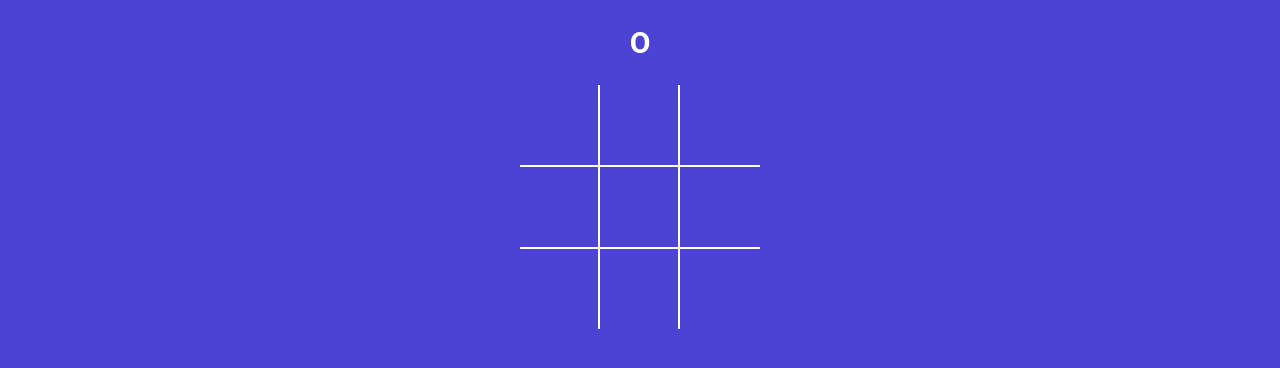
Repository: NoobAjay/tictactoe-game
Page: /
The author's editor kept a copy of each file at every save. The page is drawn from the files as they stood at one save, then again after the next save.
The browser window is 1280 px wide. The pictures show the whole page.
The project was rebuilt for these pictures with package versions that can differ from the ones it lists, and the page was loaded fresh each time. Also part of the build but not shown: vite.config.js.

Above is the page before, as saved 2023-03-22 11:45:04.

After the next save:
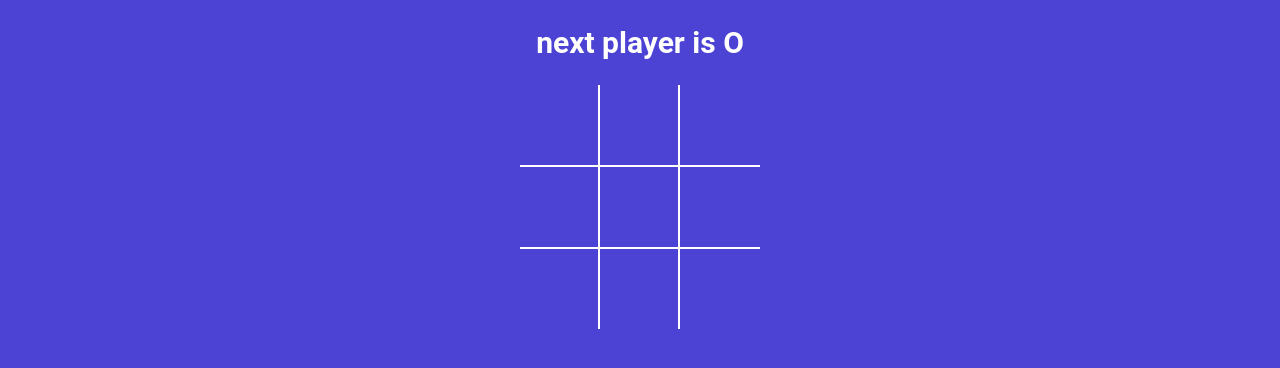
Saved 76 s later.
--- a/src/App.jsx
+++ b/src/App.jsx
@@ -9,7 +9,9 @@ function App() {
 
   const winner = calculateWinner(squares);
   const nextPlayer = isXNext ? 'X' : 'O';
-  const statusMessage = winner ? `Winner is ${winner}` : nextPlayer;
+  const statusMessage = winner
+    ? `Winner is ${winner}`
+    : `next player is ${nextPlayer}`;
 
   console.log(winner);
 
